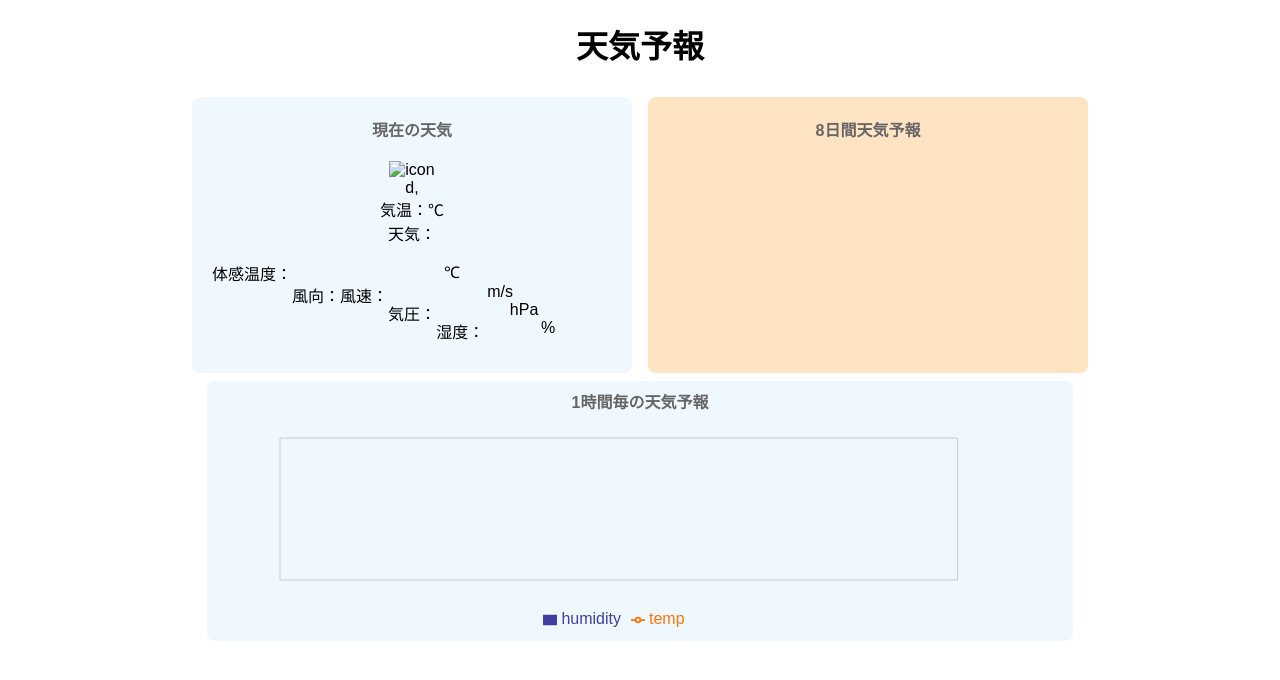
Repository: IshigureTomoki/weather-app
Page: /
These files come from the project's save history. The page is drawn as it stood at one moment and after the next save; the edit follows.
The browser window is 1280 px wide. The pictures show the whole page.
The page's requests for data from a server got no answer. The project was rebuilt for these pictures with package versions that can differ from the ones it lists, and the page was loaded fresh each time. No one was signed in, and anything a server would have sent is missing.

Above is the page before, as saved 2022-02-25 14:57:02.

After the next save:
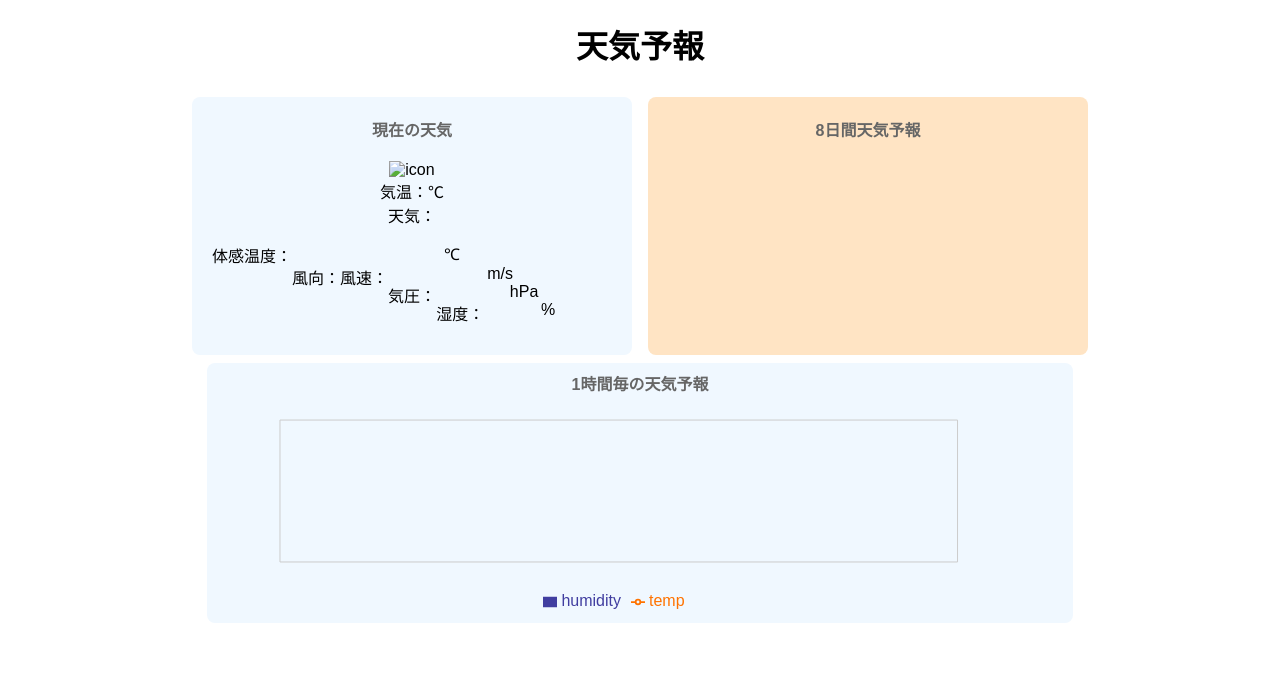
Saved 4 s later.
--- a/src/App.tsx
+++ b/src/App.tsx
@@ -159,8 +159,6 @@ function App() {
               <img src={weatherReport?.weatherIcon} alt="icon"
                       width={120}/>
             </div>
-            d,
-
             <div>気温：{weatherReport?.temp}℃</div>
             <div>天気：{weatherReport?.weatherDescription}</div>
             <dl>
